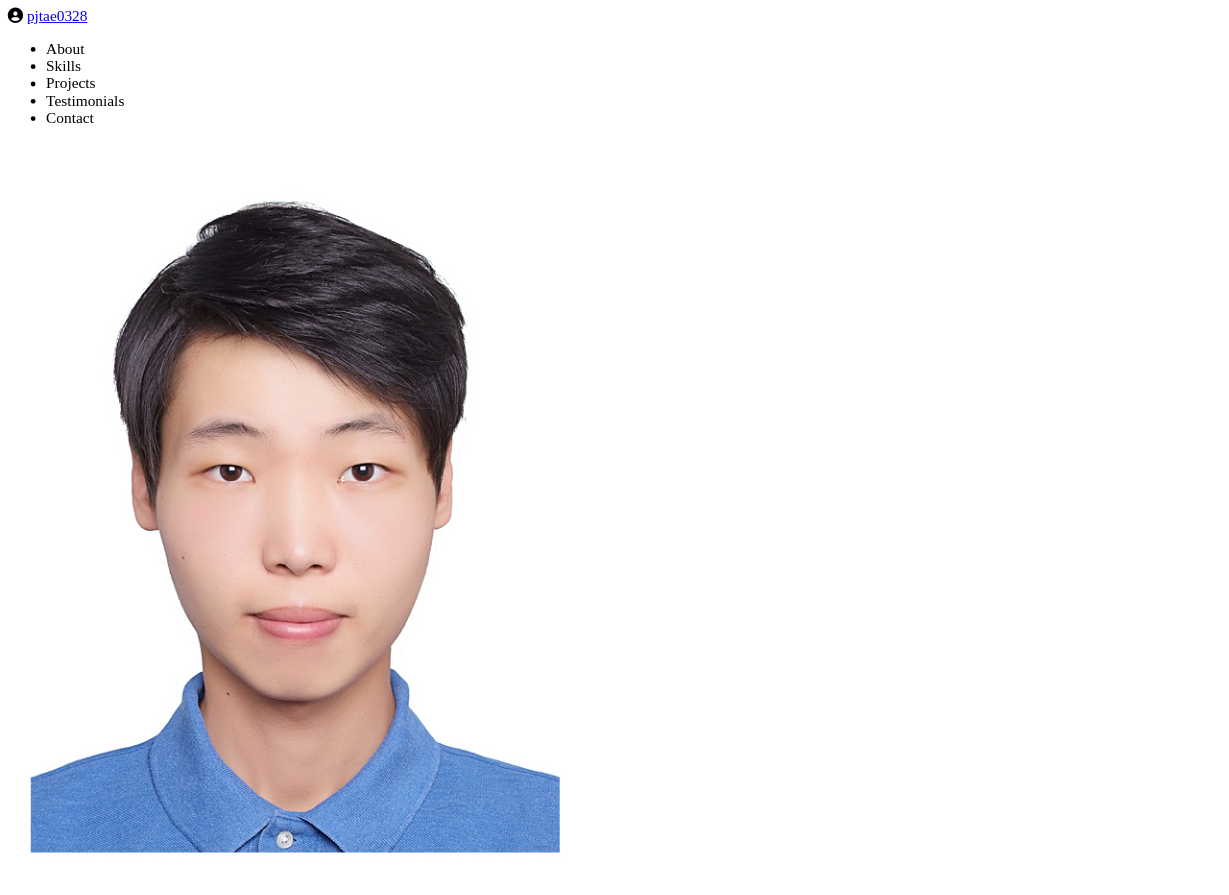
Repository: pjtae0328/Portfolio
Page: index.html
The author's editor kept a copy of each file at every save. The page is drawn from the files as they stood at one save, then again after the next save.
The browser window is 1280 px wide. The pictures show the whole page, at 96% of full size.
Some web libraries are served in a nearby version.

Above is the page before, as saved 2021-08-24 12:31:22.

### index.html
<!DOCTYPE html>
<html lang="ko">

<head>
    <meta charset="UTF-8">
    <meta http-equiv="X-UA-Compatible" content="IE=edge"> <!-- ie 호환성보기 무시 -->
    <meta name="viewport" content="width=device-width, initial-scale=1.0">
    <title>박정태 포트폴리오</title>

    <!-- 설명 / 작성자 -->
    <meta name="description" content="준비된 개발자 박정태의 포트폴리오 입니다.">
    <meta name="author" content="박정태">

    <!-- 아이콘 -->
    <link rel="icon" type="image/png" href="imgs/favicon.png" />

    <!-- fontawesome -->
    <script src="https://kit.fontawesome.com/0d232bdc2d.js" crossorigin="anonymous">
    </script>

    <!-- font -->
    <link rel="preconnect" href="https://fonts.googleapis.com">
    <link rel="preconnect" href="https://fonts.gstatic.com" crossorigin>
    <link href="https://fonts.googleapis.com/css2?family=Noto+Sans+KR:wght@400;500;700&display=swap" rel="stylesheet">

    <!-- css / js -->
    <link rel="stylesheet" href="style.css" />
    <script src="main.js" defer></script>

<body>
    <!-- Nav Bar -->
    <nav id="navbar">
        <div class="navbar__logo">
            <i class="fas fa-user-circle"></i>
            <a href="#">pjtae0328</a>
        </div>
        <ul class="navbar__menu">
            <li class="navbar__menu__item">About</li>
            <li class="navbar__menu__item">Skills</li>
            <li class="navbar__menu__item">Projects</li>
            <li class="navbar__menu__item">Testimonials</li>
            <li class="navbar__menu__item">Contact</li>
        </ul>
    </nav>

    <!-- Home -->
    <section class="home">
        <img src="/imgs/profile.jpg" alt="profile photo" class="home__avatar">

    </section>

    <!-- About -->
    <section class="about"></section>

    <!-- Skills -->
    <section class="skills"></section>

    <!-- Projects -->
    <section class="projects"></section>

    <!-- Testimonials -->
    <section class="testimonials"></section>

    <!-- Contect -->
    <section class="contect"></section>
</body>

</html>

Loaded but not shown: style.css (no stored copy; drawn as an empty file); main.js (no stored copy; drawn as an empty file)

After the next save:
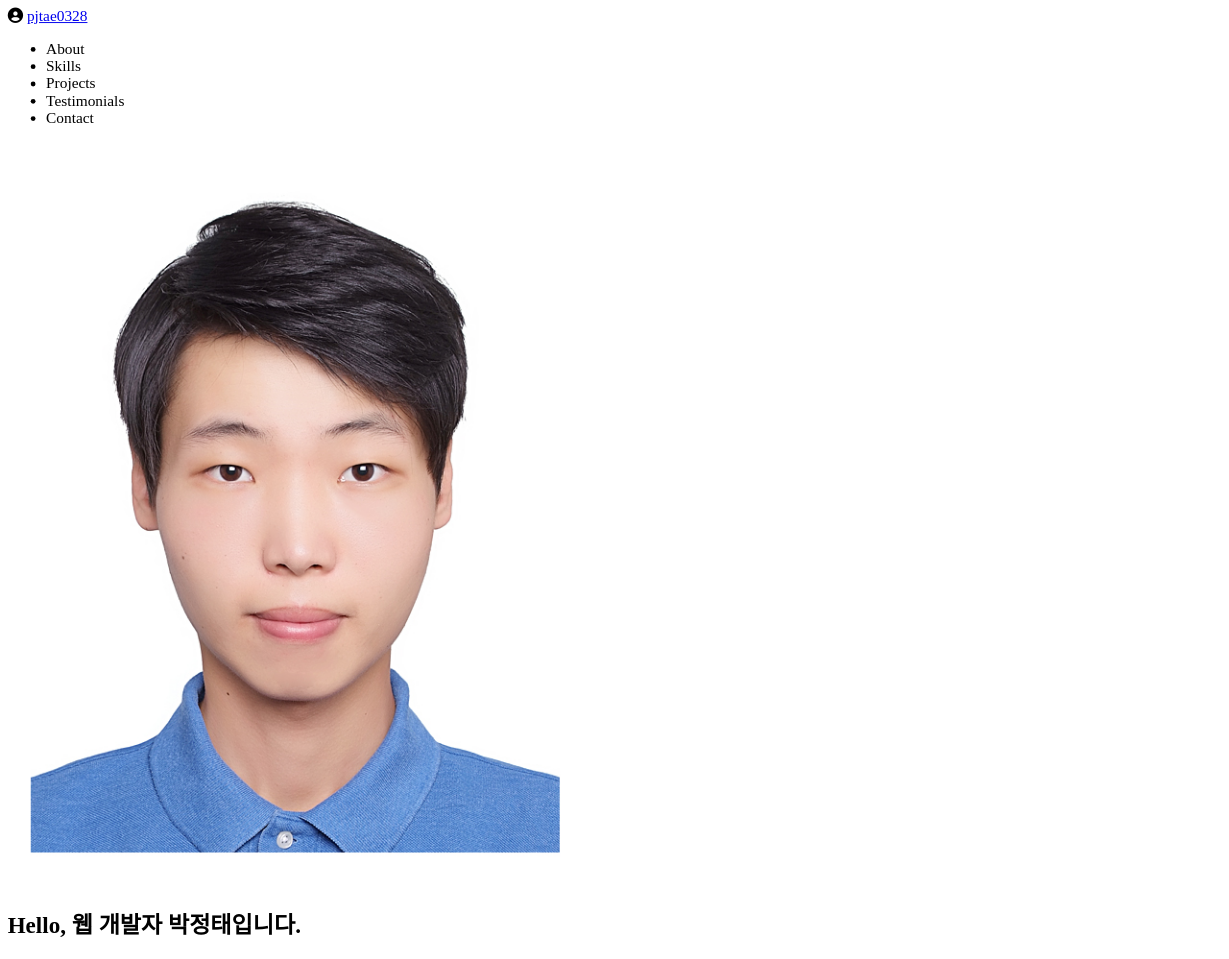
Saved 42 s later.
--- a/index.html
+++ b/index.html
@@ -46,7 +46,7 @@
     <!-- Home -->
     <section class="home">
         <img src="/imgs/profile.jpg" alt="profile photo" class="home__avatar">
-
+        <h1 class="home__title">Hello, 웹 개발자 박정태입니다.</h1>
     </section>
 
     <!-- About -->
